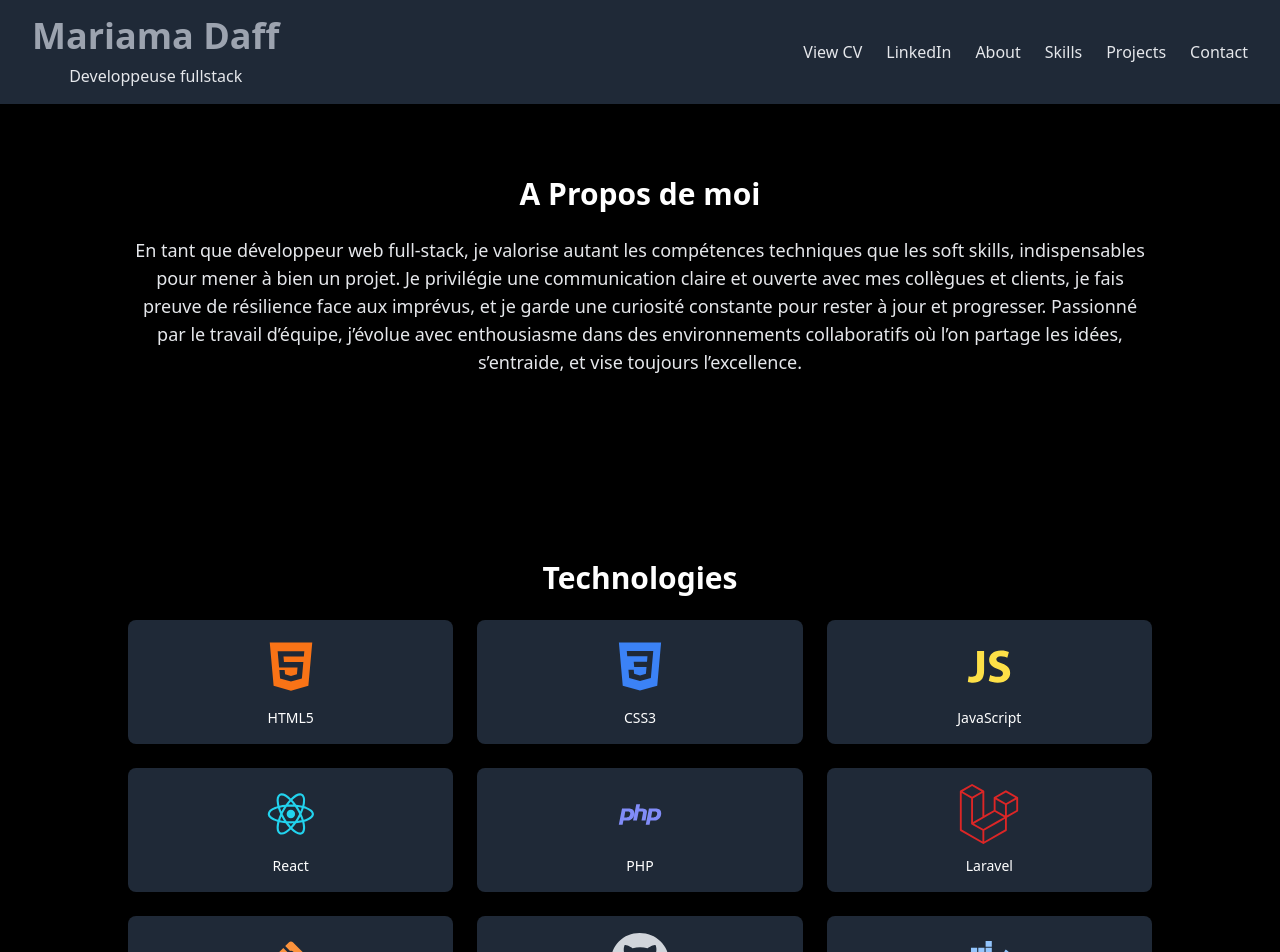
Repository: mariamdaff/Projets_Perso
Page: / (app in mon_portfolio/)
These files come from the project's save history. The page is drawn as it stood at one moment and after the next save; the edit follows.
The browser window is 1280 px wide. The pictures show the part of the page from y = 0 to 952 px (the page is 2583 px tall).
The project was rebuilt for these pictures with package versions that can differ from the ones it lists, and the page was loaded fresh each time. Also part of the build but not shown: mon_portfolio/vite.config.js.

Above is the page before, as saved 2025-04-23 14:36:46.

After the next save:
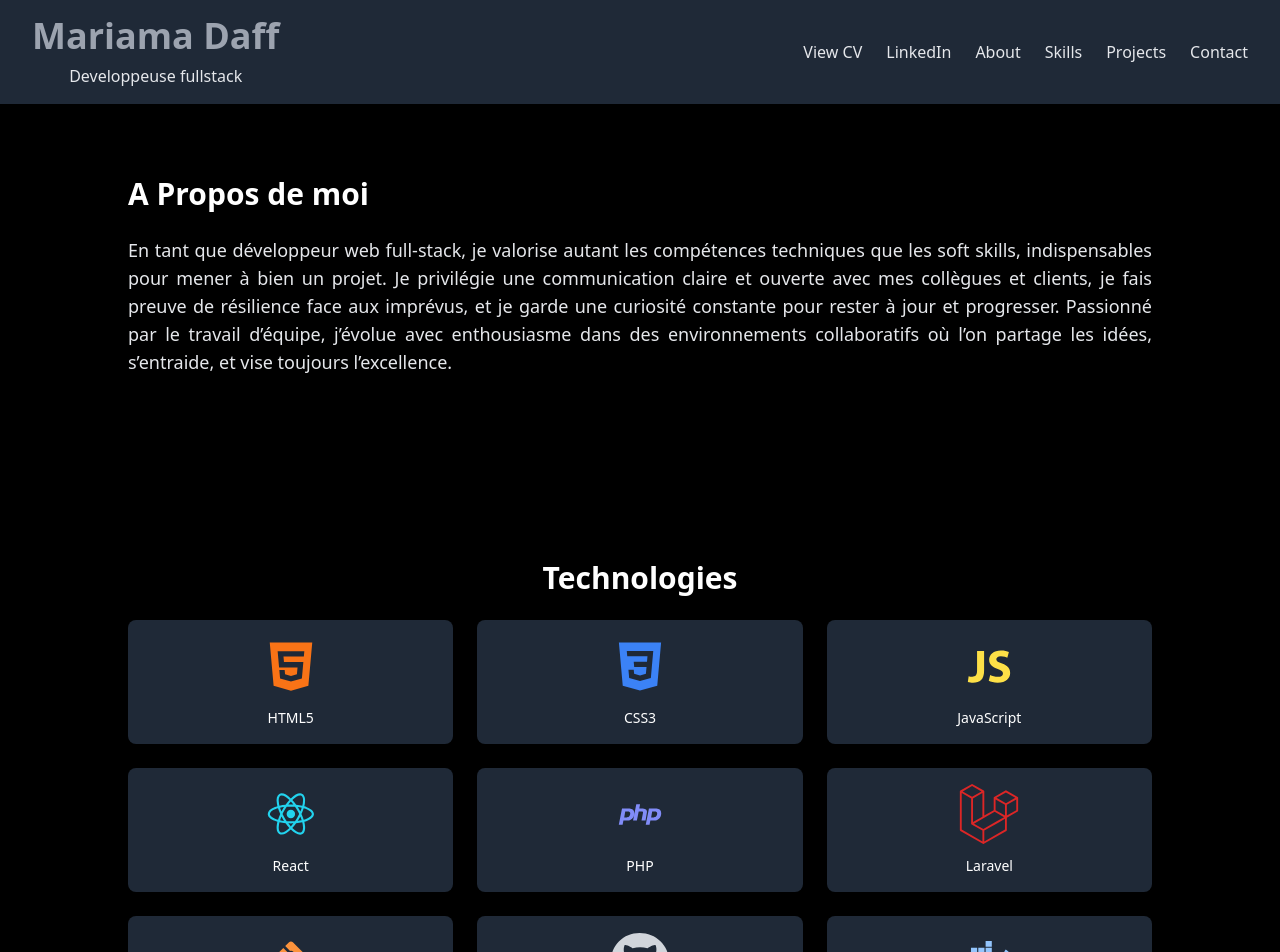
Saved 93 s later.
--- a/mon_portfolio/src/components/A_Propos/APropos.jsx
+++ b/mon_portfolio/src/components/A_Propos/APropos.jsx
@@ -1,7 +1,7 @@
 import React from 'react';
 const APropos = () =>{
     return(
-        <section className="text-center py-12 max-w-5xl mx-auto">
+        <section className="text-justify py-12 max-w-5xl mx-auto">
         <h2 className="text-3xl font-semibold mb-6">A Propos de moi</h2>
        <p className="text-lg text-gray-200 mb-8">En tant que développeur web full-stack, je valorise autant les compétences techniques que les soft skills,
          indispensables pour mener à bien un projet. Je privilégie une communication claire et ouverte avec mes collègues et clients,
